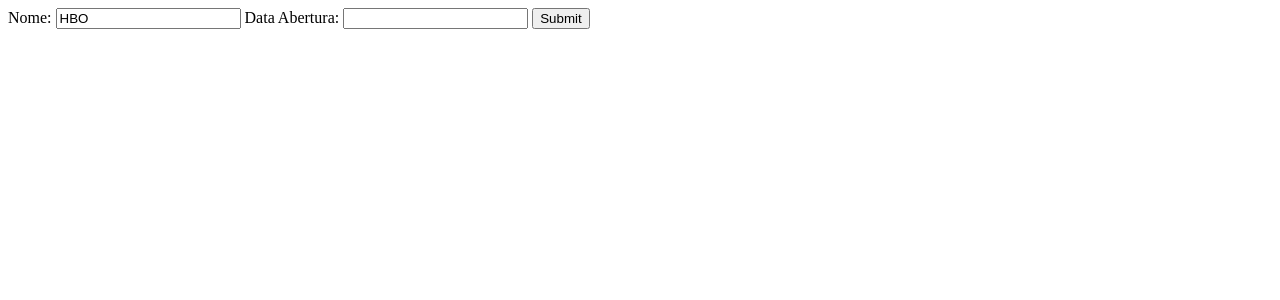
Repository: renanffdsouza/crud-java-servlet
Page: http://localhost/gerenciador/mostrarEmpresa?id=1
These files come from the project's save history. The page is drawn as it stood at one moment and after the next save; the edit follows.
The browser window is 1280 px wide. The pictures show the whole page.
The page is served by Tomcat 9. Other server files are loaded and not shown.

Above is the page before, as saved 2022-02-13 20:12:03.

### gerenciador/src/main/webapp/formAlteraEmpresa.jsp
<%@ taglib uri="http://java.sun.com/jsp/jstl/core" prefix="c" %>
<c:url value="/novaEmpresa" var="linkServletNovaEmpresa"></c:url>


<!DOCTYPE html>
<html>
<head>
<meta charset="ISO-8859-1">
<title>Insert title here</title>
</head>
<body>
	<form action="${linkServletNovaEmpresa }" method="post" >
		Nome: <input type = "text" name = "nome" value ="${empresa.nome }"/>
		Data Abertura: <input type = "text" name = "data" value ="${empresa.dataAbertura }"/>
		<input type = "submit">
	</form>
</body>
</html>

### gerenciador/src/main/java/br/com/renan/gerenciador/servlet/MostraEmpresaServlet.java
package br.com.renan.gerenciador.servlet;

import java.io.IOException;

import javax.servlet.RequestDispatcher;
import javax.servlet.ServletException;
import javax.servlet.annotation.WebServlet;
import javax.servlet.http.HttpServlet;
import javax.servlet.http.HttpServletRequest;
import javax.servlet.http.HttpServletResponse;

@WebServlet("/mostrarEmpresa")
public class MostraEmpresaServlet extends HttpServlet {
	private static final long serialVersionUID = 1L;

	protected void doGet(HttpServletRequest request, HttpServletResponse response) throws ServletException, IOException {
		String paramId = request.getParameter("id");
		Integer id = Integer.valueOf(paramId);

		Banco banco = new Banco();

		Empresa empresa = banco.buscaEmpresaPeloId(id);

		request.setAttribute("empresa", empresa);
		RequestDispatcher rd = request.getRequestDispatcher("/formAlteraEmpresa.jsp");
		rd.forward(request, response);
	}

}

### gerenciador/src/main/java/br/com/renan/gerenciador/servlet/modelo/copy/Banco.java
package br.com.renan.gerenciador.servlet;

import java.util.ArrayList;
import java.util.Iterator;
import java.util.List;

import org.eclipse.jdt.internal.compiler.ast.WhileStatement;

public class Banco {
	private static List<Empresa> lista = new ArrayList<Empresa>();
	private static Integer chaveSequencial = 1;

	static {
		Empresa empresa = new Empresa();
		empresa.setId(chaveSequencial++);
		empresa.setNome("HBO");

		Empresa empresa2 = new Empresa();
		empresa2.setId(chaveSequencial++);
		empresa2.setNome("Americanas");

		lista.add(empresa);
		lista.add(empresa2);
	}

	public void adiciona(Empresa empresa) {
		empresa.setId(Banco.chaveSequencial++);
		lista.add(empresa);
	}

	public List<Empresa> getEmpresa() {
		return Banco.lista;
	}

	public void removeEmpresa(Integer id) {

		Iterator<Empresa> it = lista.iterator();

		while (it.hasNext()) {
			Empresa emp = it.next();
			if (emp.getId() == id) {
				it.remove();
			}
		}

	}

	public Empresa buscaEmpresaPeloId(Integer id) {
		for (Empresa empresa : lista) {
			if (empresa.getId() == id) {
				return empresa;
			}

		}
		return null;
	}

}

### gerenciador/src/main/java/br/com/renan/gerenciador/servlet/modelo/copy/Empresa.java
package br.com.renan.gerenciador.servlet;

import java.util.Date;

public class Empresa {
	private String nome;
	private Integer id;
	private Date dataAbertura;

	public String getNome() {
		return nome;
	}

	public void setNome(String nome) {
		this.nome = nome;
	}

	public Integer getId() {
		return id;
	}

	public void setId(Integer id) {
		this.id = id;
	}

	public Date getDataAbertura() {
		return dataAbertura;
	}

	public void setDataAbertura(Date dataAbertura) {
		this.dataAbertura = dataAbertura;
	}

}

After the next save:
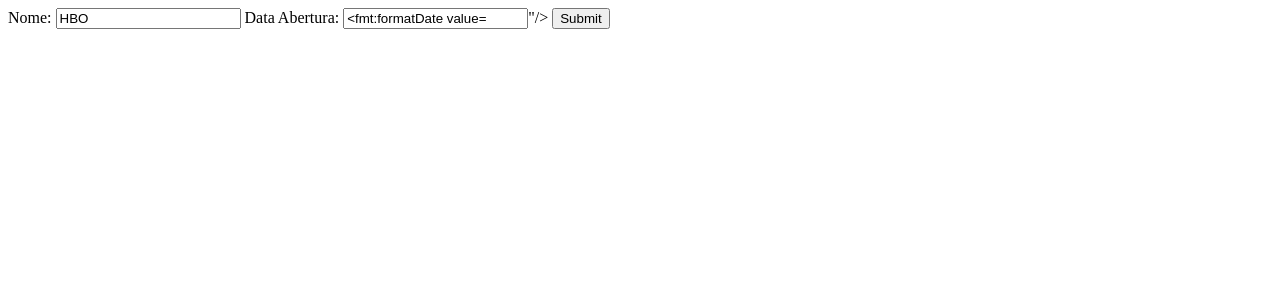
Saved 3 min 49 s later.
--- a/gerenciador/src/main/webapp/formAlteraEmpresa.jsp
+++ b/gerenciador/src/main/webapp/formAlteraEmpresa.jsp
@@ -11,7 +11,7 @@
 <body>
 	<form action="${linkServletNovaEmpresa }" method="post" >
 		Nome: <input type = "text" name = "nome" value ="${empresa.nome }"/>
-		Data Abertura: <input type = "text" name = "data" value ="${empresa.dataAbertura }"/>
+		Data Abertura: <input type = "text" name = "data" value ="<fmt:formatDate value="${empresa.dataAbertura }" pattern="dd/MM/yyyy"/>"/>
 		<input type = "submit">
 	</form>
 </body>

After the save that followed:
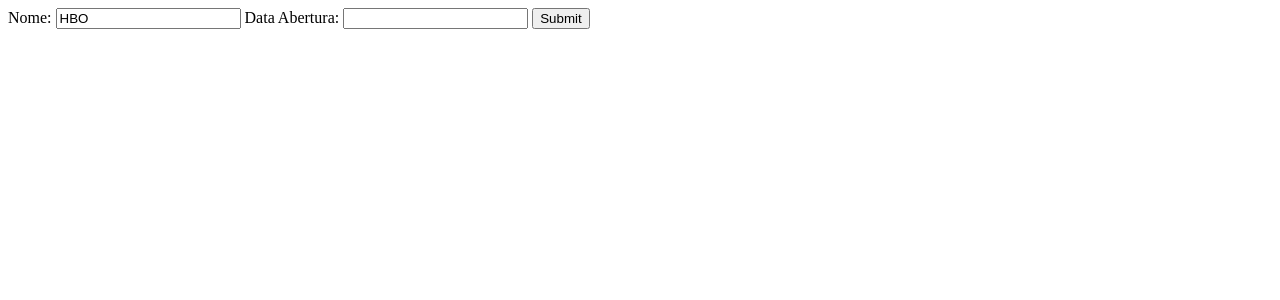
Saved 50 s later.
--- a/gerenciador/src/main/webapp/formAlteraEmpresa.jsp
+++ b/gerenciador/src/main/webapp/formAlteraEmpresa.jsp
@@ -1,5 +1,7 @@
 <%@ taglib uri="http://java.sun.com/jsp/jstl/core" prefix="c" %>
 <c:url value="/novaEmpresa" var="linkServletNovaEmpresa"></c:url>
+<%@ taglib uri="http://java.sun.com/jsp/jstl/fmt" prefix="fmt" %>
+
 
 
 <!DOCTYPE html>
